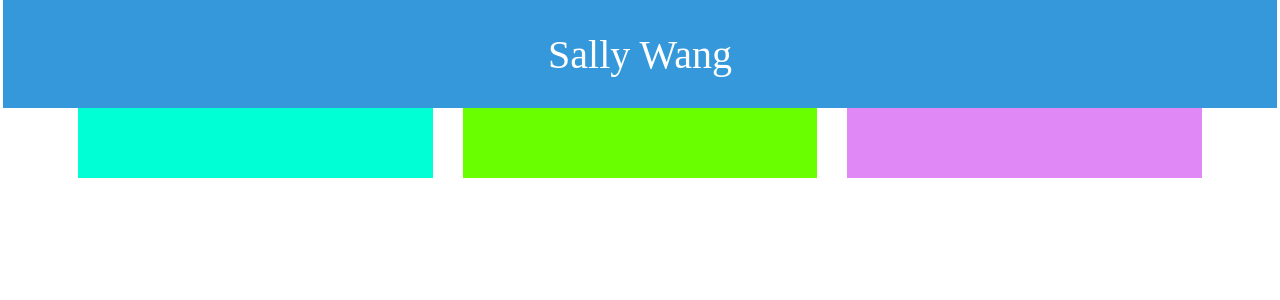
Repository: tianjiewang2022/tianjiewang2022.github.io
Page: index.html
The author's editor kept a copy of each file at every save. The page is drawn from the files as they stood at one save, then again after the next save.
The browser window is 1280 px wide. The pictures show the whole page.

Above is the page before, as saved 2023-10-01 23:01:48.

After the next save:
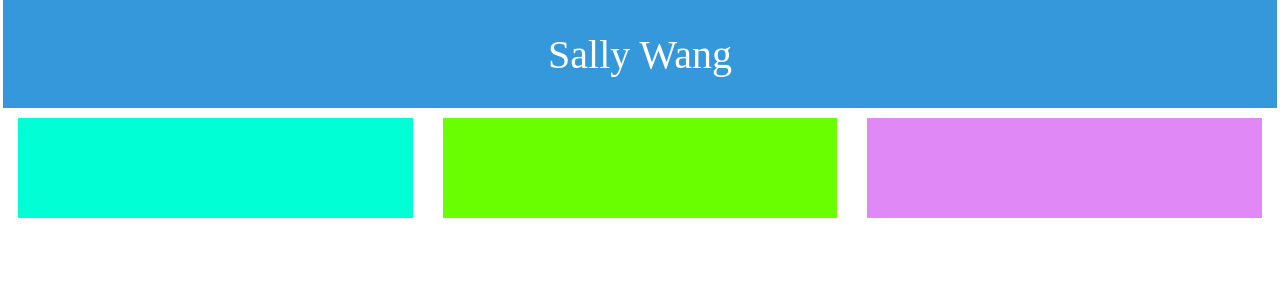
Saved 2 min 2 s later.
--- a/index.html
+++ b/index.html
@@ -7,9 +7,7 @@
         <title>Sally's Webpage</title>
         <style>
             body {
-                padding: 60px;
-                left: 3%;
-                right: 3%;
+                padding-top: 100px;
             }
 
             header {
